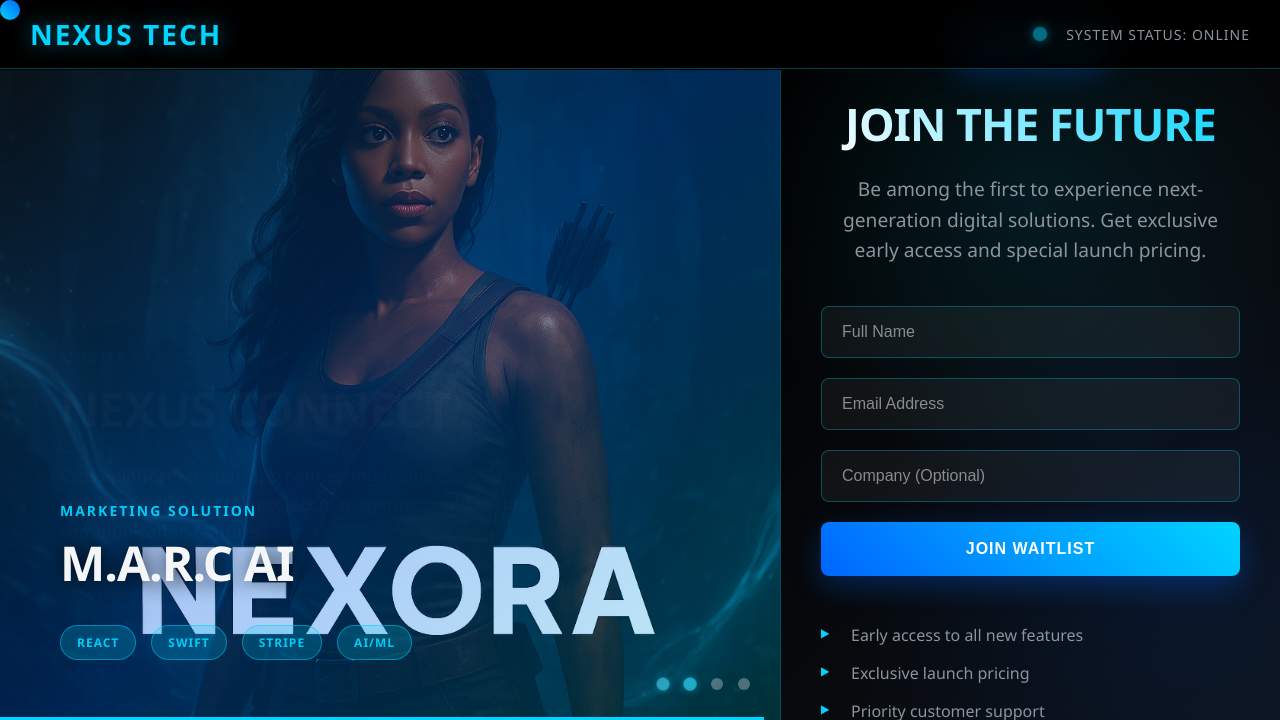
Repository: techandbeauty/NexusTech-Service-Portal
Page: index.html
These files come from the project's save history. The page is drawn as it stood at one moment and after the next save; the edit follows.
The browser window is 1280 px wide. The pictures show the whole page.

Above is the page before, as saved 2025-06-17 14:06:15.

After the next save:
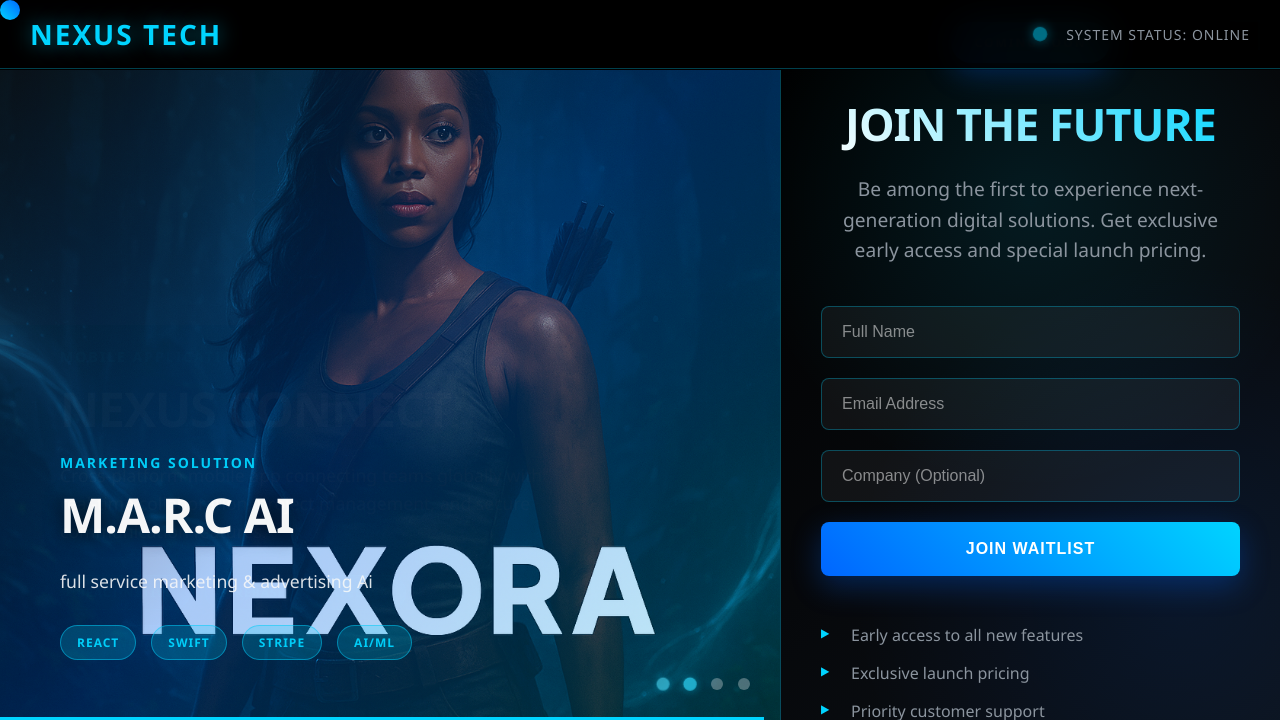
Saved 10 s later.
--- a/index.html
+++ b/index.html
@@ -501,7 +501,7 @@
                         <div class="project-category">Marketing Solution</div>
                         <h2 class="project-title">M.A.R.C Ai</h2>
                         <p class="project-description">
-
+                            full service marketing & advertising Ai
                         </p>
                         <div class="project-tech">
                             <span class="tech-tag">React</span>
